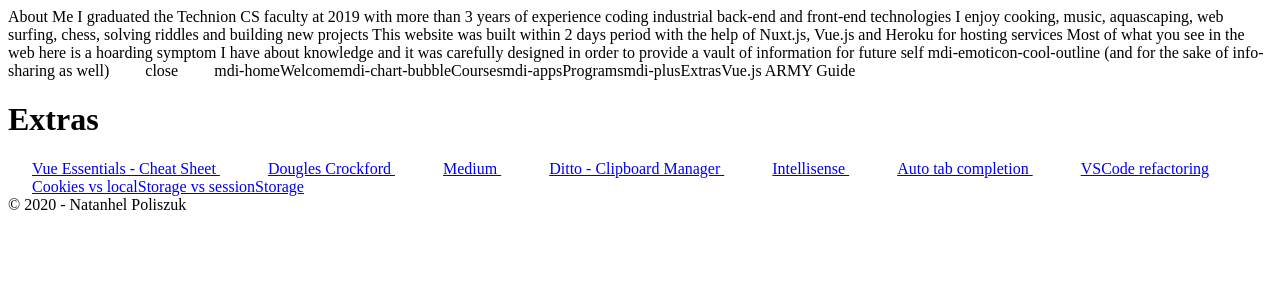
Repository: Natanhel/zvguide
Page: /Extras
An editor plug-in stored every save of this project. The page is shown before and after the next save, followed by the edit.
The browser window is 1280 px wide. The pictures show the whole page.
The project was rebuilt for these pictures with package versions that can differ from the ones it lists, and the page was loaded fresh each time. The framework's server and built-in components were replaced by stand-ins that run in the browser. Also part of the build but not shown: layouts/error.vue.

Above is the page before, as saved 2020-03-23 09:13:16.

After the next save:
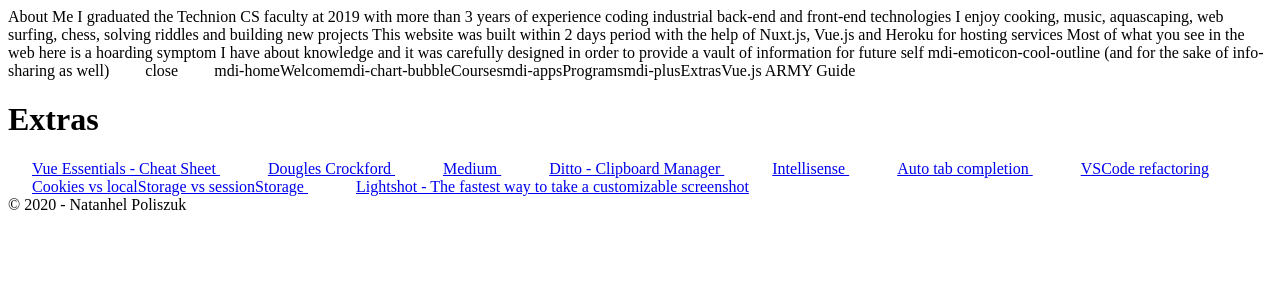
Saved 8 h 10 min later.
--- a/assets/extras.json
+++ b/assets/extras.json
@@ -30,5 +30,9 @@
   {
     "ref": "https://www.youtube.com/watch?v=AwicscsvGLg",
     "title": "Cookies vs localStorage vs sessionStorage"
+  },
+  {
+    "ref": "https://app.prntscr.com/en/index.html",
+    "title": "Lightshot - The fastest way to take a customizable screenshot"
   }
 ]
